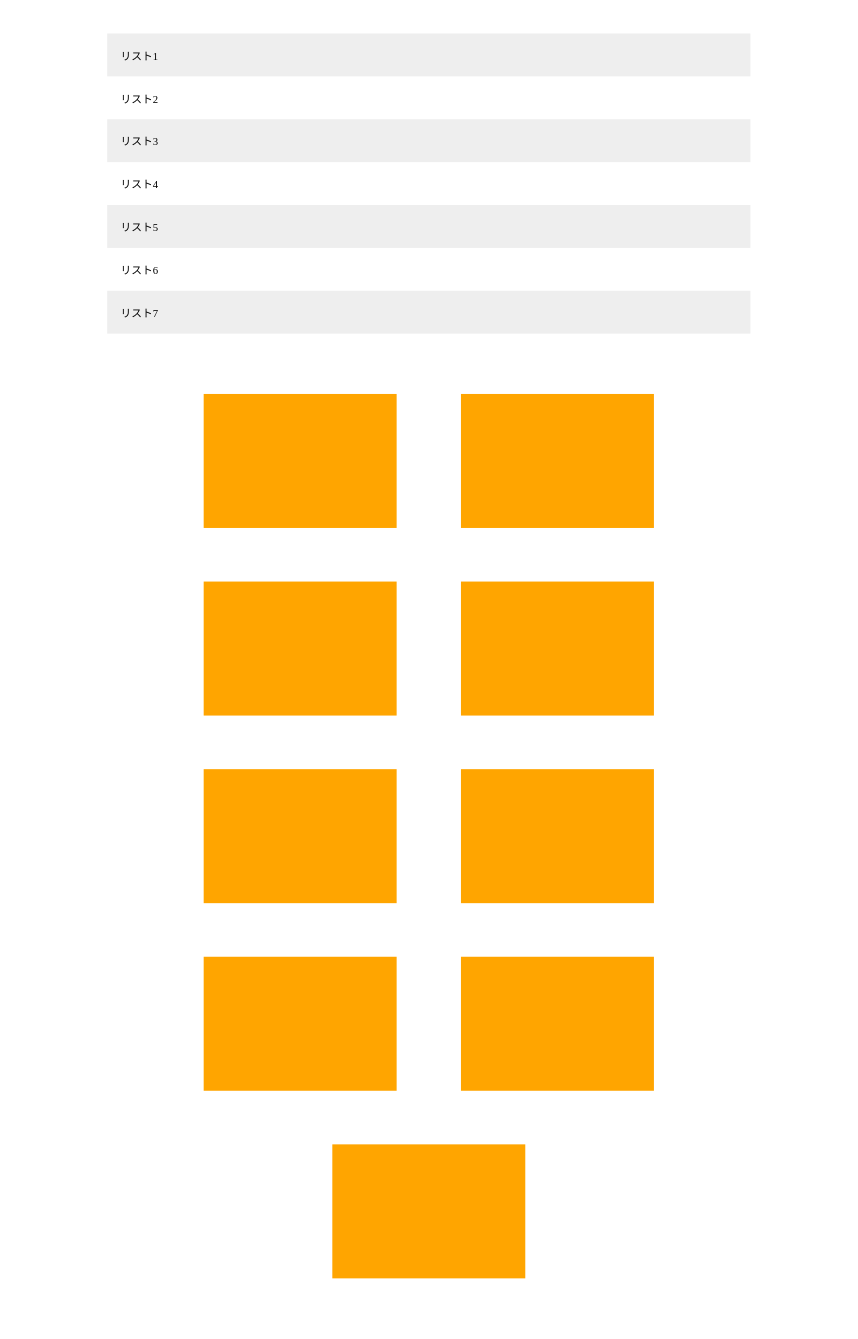
Repository: shizuki-okuma/dmm-webcamp
Page: chapter8-exercise/chapter8-exercise.html
The author's editor kept a record of every edit. The page is drawn from the files as they stood at one moment, then again after the next edit.
The browser window is 1280 px wide. The pictures show the whole page, at 67% of full size.

Above is the page before.

After the next edit:
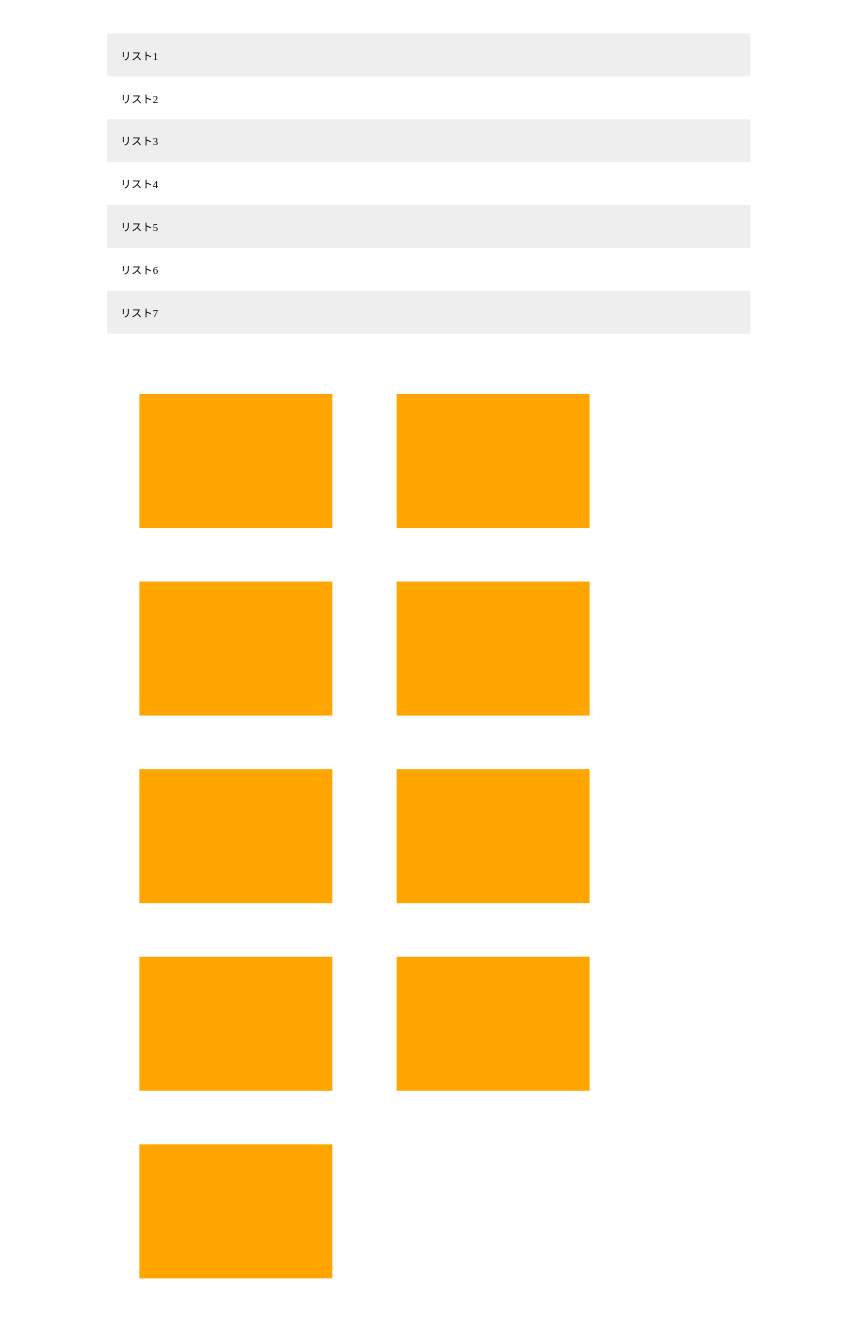
The edit:
--- a/chapter8-exercise/style8.css
+++ b/chapter8-exercise/style8.css
@@ -18,10 +18,7 @@
   background-color: #eee;
 }
 .container2 {
-  margin-bottom: 50px;
-  width: 960px;
   display: flex;
-  justify-content: center;
   flex-wrap: wrap;
 }
 .box1 {
